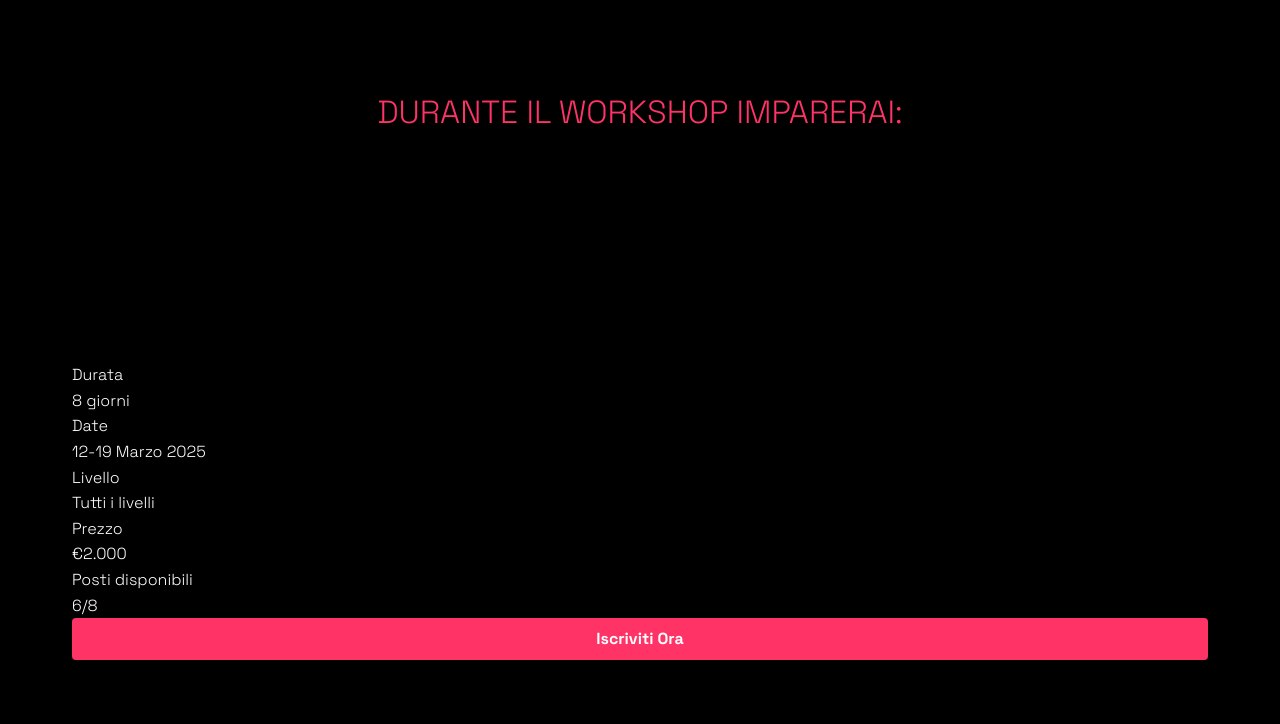
Repository: philipkdpavkia/photo-auto
Page: wdcuba.html
The author's editor kept a copy of each file at every save. The page is drawn from the files as they stood at one save, then again after the next save.
The browser window is 1280 px wide. The pictures show the part of the page from y = 741 to 1693 px (the page is 1465 px tall before and 1753 px after).

Above is the page before, as saved 2024-11-14 23:25:34.

After the next save:
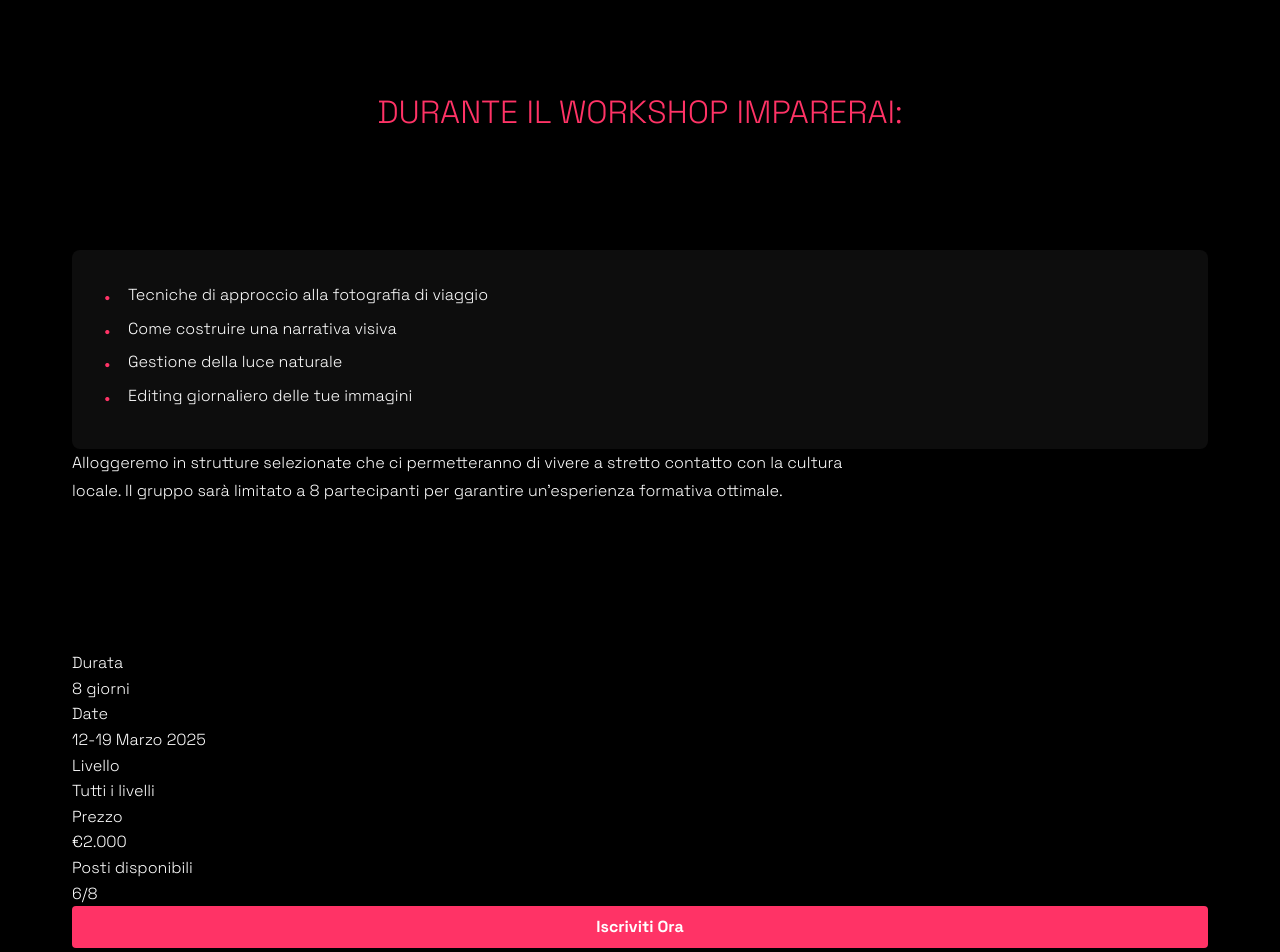
Saved 2 min 45 s later.
--- a/wdcuba.html
+++ b/wdcuba.html
@@ -64,7 +64,8 @@
 
         <section class="about">
             <div class="workshop-content">
-                <h2 data-i18n="workshops.cuba.learn" class="section-title">During the workshop you will learn:</p>
+                <h2 data-i18n="workshops.cuba.learn" class="section-title">During the workshop you will learn:</h2>
+
                 <div class="philosophy">
                     <ul>
                         <li data-i18n="workshops.cuba.technique1">Travel photography approach techniques</li>
@@ -73,6 +74,7 @@
                         <li data-i18n="workshops.cuba.technique4">Daily editing of your images</li>
                     </ul>
                 </div>
+
                 <p data-i18n="workshops.cuba.accommodation">
                     We will stay in selected accommodations that will allow us to experience local culture up close.
                     The group will be limited to 8 participants to ensure an optimal learning experience.
